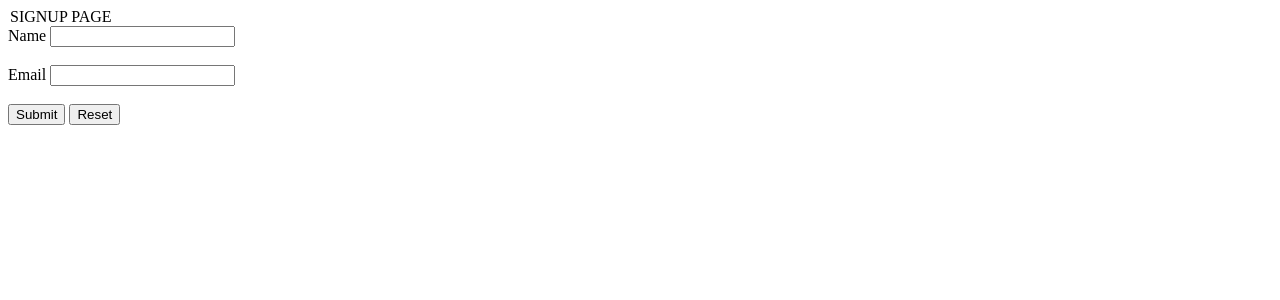
Repository: Altafalinadaf/SimpleProjects
Page: servletDemo6/src/main/webapp/index.html
An editor plug-in stored every save of this project. The page is shown before and after the next save, followed by the edit.
The browser window is 1280 px wide. The pictures show the whole page.

Above is the page before, as saved 2023-10-31 05:40:44.

After the next save:
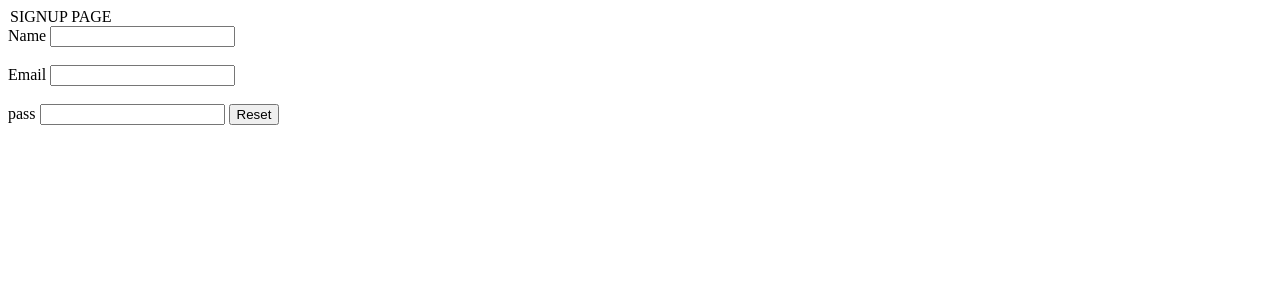
Saved 3 min 19 s later.
--- a/servletDemo6/src/main/webapp/index.html
+++ b/servletDemo6/src/main/webapp/index.html
@@ -12,10 +12,12 @@
 		<field set>
 			<legend> SIGNUP PAGE </legend>
 			<label for="user name">Name</label>
-			<input type="text" name="name" id="user name" height="100" /> <br /> <br />
+			<input type="text" name="name" id="user name"  /> <br /> <br />
 			<label for="email id">Email</label>
 			<input type="text" name="email" id="email id" /> <br /> <br />
 
+			<label for="password">pass</label>
+			<input type="number" name="pass" id="password"
 			<input type="submit" value="Submit" />
 			<input type="reset" value="Reset" />
 
